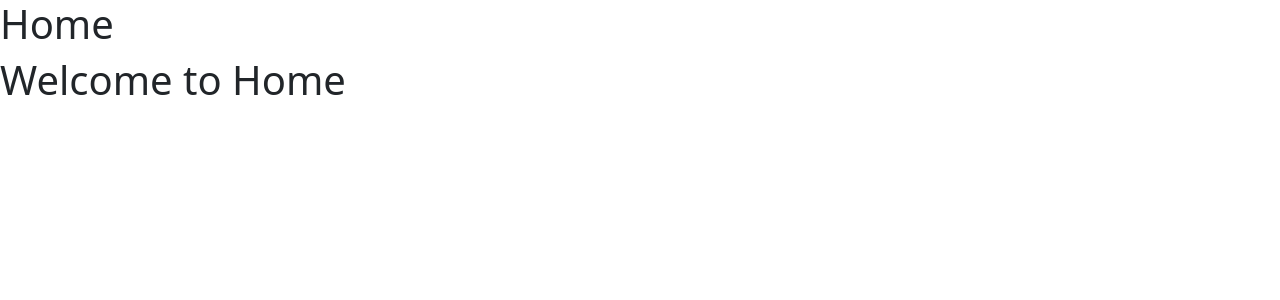
Repository: BlessingAjiboye/WEEK3DEP
Page: http://localhost/
The author's editor kept a copy of each file at every save. The page is drawn from the files as they stood at one save, then again after the next save.
The browser window is 1280 px wide. The pictures show the whole page.
The page is served by the project's Node server (server.js). Other server files are loaded and not shown.

Above is the page before, as saved 2022-09-20 12:32:44.

### views/index.ejs
<!DOCTYPE html>
<html lang="en">
<head>
  <meta charset="UTF-8">
  <meta http-equiv="X-UA-Compatible" content="IE=edge">
  <meta name="viewport" content="width=device-width, initial-scale=1.0">
  <title><%= title %></title>
  <!--css section-->
  <link rel="stylesheet"href="/bootstrap/dist/css/bootstrap.min.css"/>
  <link rel="stylesheet"href="@fortawesome/fontawesome-free/css/all.min.css"/>
  <link rel='stylesheet' href='/Content/app.css' />
</head>
<body>
  <h1><%= title %></h1>
  <h1>Welcome to <%= title %></h1>

  <!--Script section-->
  <script src="/jquery/dist/jquery.min.js"></script>
  <script src="/bootstrap/dist/js/bootstrap.min.js"></script>
  <script src="/Scripts/app.js"></script>
</body>
</html>

### server.js
#!/usr/bin/env node

/**
 * Module dependencies.
 */

var app = require('./app');
var debug = require('debug')('week344:server');
var http = require('http');

/**
 * Get port from environment and store in Express.
 */

var port = normalizePort(process.env.PORT || '3000');
app.set('port', port);

/**
 * Create HTTP server.
 */

var server = http.createServer(app);

/**
 * Listen on provided port, on all network interfaces.
 */

server.listen(port);
server.on('error', onError);
server.on('listening', onListening);

/**
 * Normalize a port into a number, string, or false.
 */

function normalizePort(val) {
  var port = parseInt(val, 10);

  if (isNaN(port)) {
    // named pipe
    return val;
  }

  if (port >= 0) {
    // port number
    return port;
  }

  return false;
}

/**
 * Event listener for HTTP server "error" event.
 */

function onError(error) {
  if (error.syscall !== 'listen') {
    throw error;
  }

  var bind = typeof port === 'string'
    ? 'Pipe ' + port
    : 'Port ' + port;

  // handle specific listen errors with friendly messages
  switch (error.code) {
    case 'EACCES':
      console.error(bind + ' requires elevated privileges');
      process.exit(1);
      break;
    case 'EADDRINUSE':
      console.error(bind + ' is already in use');
      process.exit(1);
      break;
    default:
      throw error;
  }
}

/**
 * Event listener for HTTP server "listening" event.
 */

function onListening() {
  var addr = server.address();
  var bind = typeof addr === 'string'
    ? 'pipe ' + addr
    : 'port ' + addr.port;
  debug('Listening on ' + bind);
}

### routes/index.js
var express = require('express');
var router = express.Router();

/* GET home page. */
router.get('/', function(req, res, next) {
  res.render('index', { title: 'Home' });
});

router.get('/home', function(req, res, next) {
  res.render('index', { title: 'Home' });
});
router.get('/about', function(req, res, next) {
  res.render('index', { title: 'About' });
});

router.get('/Products', function(req, res, next) {
  res.render('index', { title: 'Products' });
});

router.get('/Services', function(req, res, next) {
  res.render('index', { title: 'Services' });
});

router.get('/Contact', function(req, res, next) {
  res.render('index', { title: 'Contact' });
});
module.exports = router;

### app.js
var createError = require('http-errors');
var express = require('express');
var path = require('path');
var cookieParser = require('cookie-parser');
var logger = require('morgan');

var indexRouter = require('./routes/index');
var usersRouter = require('./routes/users');

var app = express();

// view engine setup
app.set('views', path.join(__dirname, 'views'));
app.set('view engine', 'ejs');

app.use(logger('dev'));
app.use(express.json());
app.use(express.urlencoded({ extended: false }));
app.use(cookieParser());
app.use(express.static(path.join(__dirname, 'public')));
app.use(express.static(path.join(__dirname, 'node_modules')));
app.use('/', indexRouter);
app.use('/users', usersRouter);

// catch 404 and forward to error handler
app.use(function(req, res, next) {
  next(createError(404));
});

// error handler
app.use(function(err, req, res, next) {
  // set locals, only providing error in development
  res.locals.message = err.message;
  res.locals.error = req.app.get('env') === 'development' ? err : {};

  // render the error page
  res.status(err.status || 500);
  res.render('error');
});

module.exports = app;

### public/Content/app.css
/* custom css goes here*/

### public/Scripts/app.js
(function(){
    function start()
    {
        console.log("App started...");
    }
    window.addEventListener("load",start);
})();

After the next save:
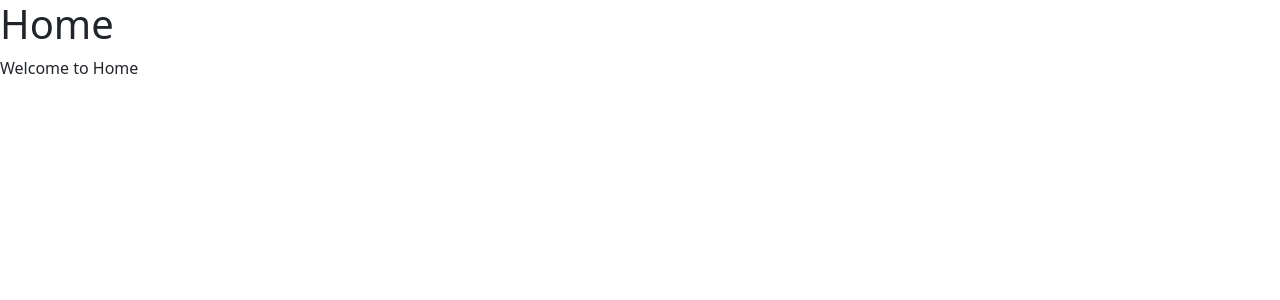
Saved 28 s later.
--- a/views/index.ejs
+++ b/views/index.ejs
@@ -12,7 +12,7 @@
 </head>
 <body>
   <h1><%= title %></h1>
-  <h1>Welcome to <%= title %></h1>
+  <p>Welcome to <%= title %></p>
 
   <!--Script section-->
   <script src="/jquery/dist/jquery.min.js"></script>
